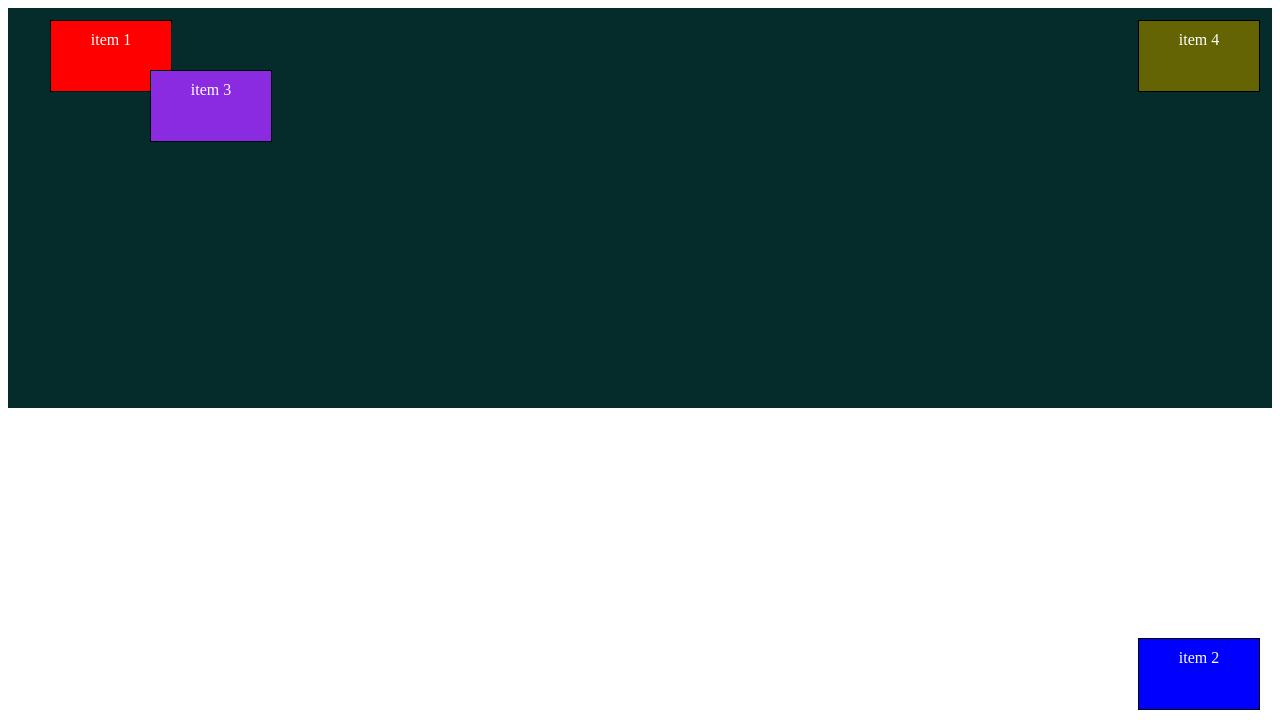
Repository: nmaury/TpsCambodge
Page: InternetProgramming/Css/sample.html
The author's editor kept a copy of each file at every save. The page is drawn from the files as they stood at one save, then again after the next save.
The browser window is 1280 px wide. The pictures show the whole page.

Above is the page before, as saved 2022-12-06 02:21:46.

After the next save:
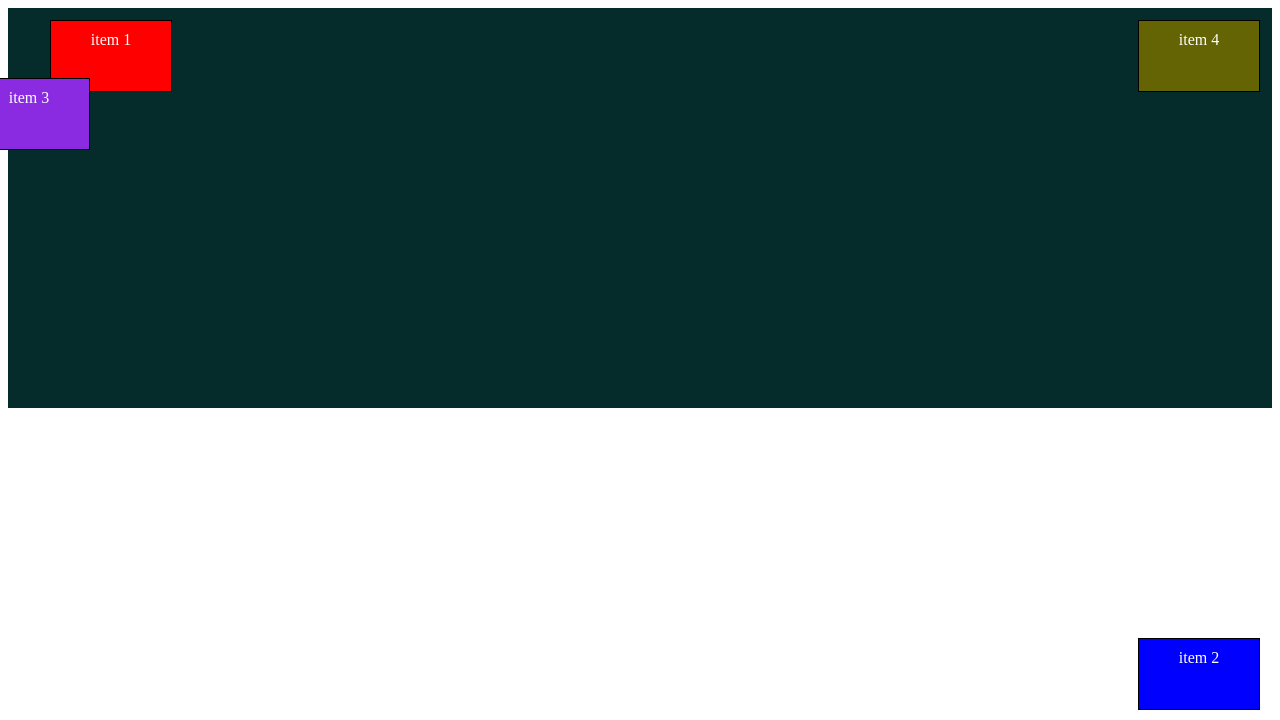
Saved 12 min 54 s later.
--- a/InternetProgramming/Css/sample.css
+++ b/InternetProgramming/Css/sample.css
@@ -20,7 +20,8 @@
 }
 .item3{
     background-color: blueviolet;
-    left: 150px;
+    position: relative;
+    right: 40px;
     top: 70px;
 }
 .item4{
